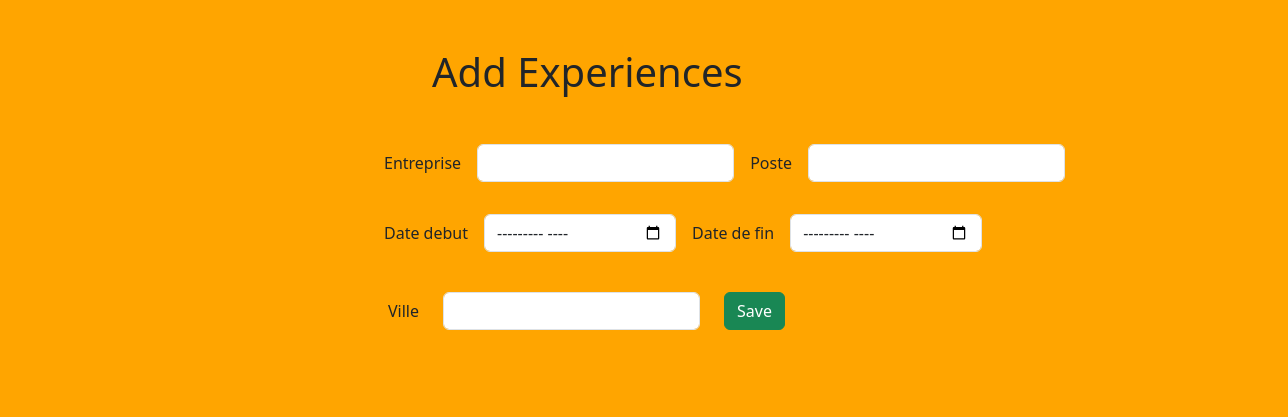
Repository: moAllElite/Examen-EJB-WEB-EAR
Page: http://localhost/SearchJobsWeb/views/exp_form_skills/addExp.jsp
An editor plug-in stored every save of this project. The page is shown before and after the next save, followed by the edit.
The browser window is 1280 px wide. The page is 1288 px wide, so the pictures cover 1288 px, including what lies to the right of the window. The pictures show the whole page.
The page is served by Tomcat 9. Nobody is signed in. The application's start-up code is not run.

Above is the page before, as saved 2023-03-25 22:44:58.

After the next save:
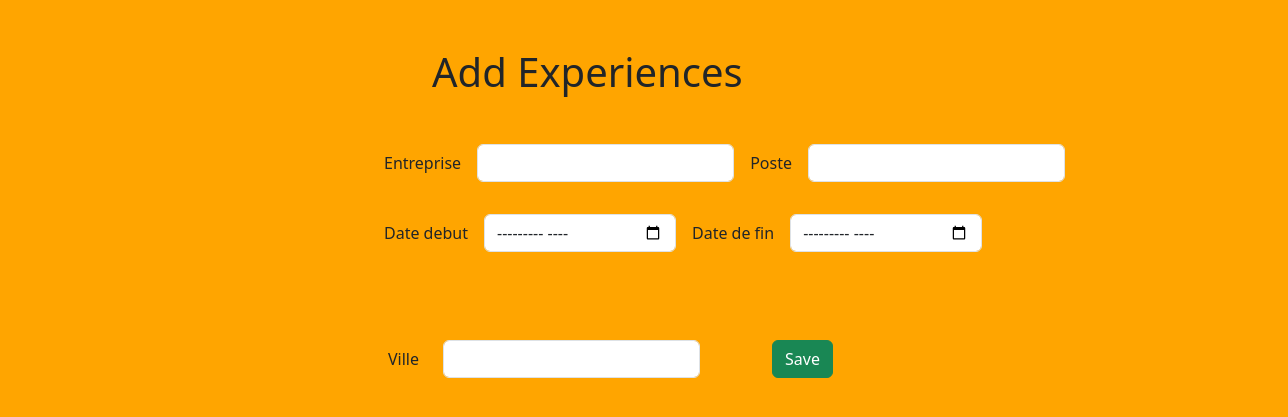
Saved 6 s later.
--- a/SearchJobsWeb/src/main/webapp/views/exp_form_skills/main.jsp
+++ b/SearchJobsWeb/src/main/webapp/views/exp_form_skills/main.jsp
@@ -50,7 +50,7 @@
 		        <input type="text" name="ville"  class="form-control" required="required"  aria-describedby="addon-wrapping">
 		      </div>
 		       <div class="col-auto">
-		        <button type="submit" class="btn btn-success sm-5">Save</button>
+		        <button type="submit" class="btn btn-success m-5">Save</button>
 
 		         </div>
 		      </div>
